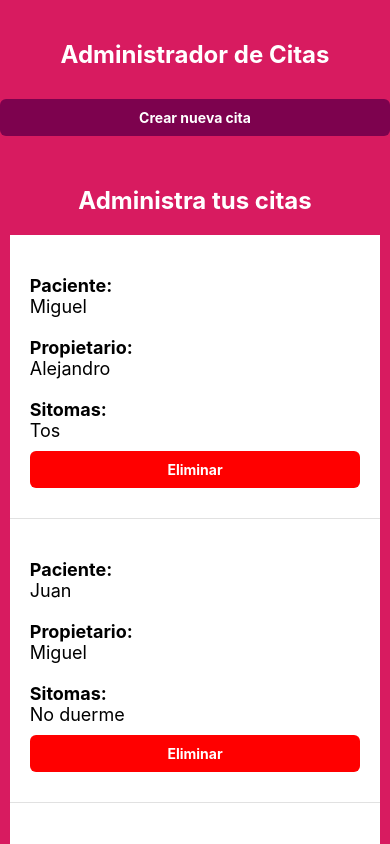
Repository: AleMicky/citas
Screen: /
These files come from the project's save history. The screen is drawn as it stood at one moment and after the next save; the edit follows.
An inner scrolling area shows only its first screen. The app was drawn by React Native's web renderer in a window 390 px wide. The project was rebuilt for these pictures with package versions that can differ from the ones it lists, and the page was loaded fresh each time. Also part of the build but not shown: src/components/Formulario.js.

Above is the screen before, as saved 2020-06-27 13:45:13.

### App.js
import React from 'react'
import { View, Text, StyleSheet, FlatList, TouchableOpacity, TouchableWithoutFeedback, Keyboard } from 'react-native'
import Cita from './src/components/Cita';
import Formulario from './src/components/Formulario';

export default function App() {

  const [mostrarFrom, setMostrarFrom] = React.useState(false);
  const [citas, setCitas] = React.useState([
    { id: '1', paciente: 'Miguel', propietario: 'Alejandro', sitomas: 'Tos' },
    { id: '2', paciente: 'Juan', propietario: 'Miguel', sitomas: 'No duerme' },
    { id: '3', paciente: 'Rossy', propietario: 'Camila', sitomas: 'No come' },
    { id: '4', paciente: 'ossy', propietario: 'Camila', sitomas: 'No come' }
  ]);

  const eliminarPaciente = id => {
    setCitas((citasActuales) => {
      return citasActuales.filter(citas => citas.id != id)
    })
  }

  const mostrarformulario = () => {
    setMostrarFrom(!mostrarFrom)
  }
  const cerrarTeclado = () =>{
    Keyboard.dismiss();
  }
  return (
    <TouchableWithoutFeedback onPress={() => cerrarTeclado()}>
      <View style={styles.contenedor}>
        <Text style={styles.titulo}>Administrador de Citas</Text>
        <View>
          <TouchableOpacity onPress={() => mostrarformulario()} style={styles.butonMostrar}>
            <Text style={styles.textoMostrar}>{mostrarFrom ? 'Cancalar Cita' : 'Crear nueva cita'}</Text>
          </TouchableOpacity>
        </View>
        <View style={styles.contenido}>
          {mostrarFrom ? (
            <>
              <Text style={styles.titulo}>Crear una Cita</Text>
              <Formulario citas={citas}
                setCitas={setCitas}
                setMostrarFrom={setMostrarFrom} />
            </>
          ) : (
              <>
                <Text style={styles.titulo}>{citas.length > 0 ? 'Administra tus citas' : 'No hay citas, agrega una '}</Text>
                <FlatList style={styles.listado}
                  data={citas}
                  renderItem={({ item }) => (<Cita item={item} eliminarPaciente={eliminarPaciente} />)}
                  keyExtractor={citas => citas.id} />
              </>
            )}
        </View>
      </View>
    </TouchableWithoutFeedback>
  )
}

const styles = StyleSheet.create({
  contenedor: {
    flex: 1,
    backgroundColor: '#d81b60'
  },
  titulo: {
    marginTop: 40,
    marginBottom: 20,
    fontSize: 24,
    fontWeight: 'bold',
    textAlign: 'center',
    color: '#fff'
  },
  butonMostrar: {
    borderRadius: 6,
    padding: 10,
    backgroundColor: '#7d024e',
    marginVertical: 10,
  },
  textoMostrar: {
    color: '#fff',
    fontWeight: 'bold',
    textAlign: 'center'
  },
  contenido: {
    flex: 1,
    marginHorizontal: '2.5%'
  },
  listado: {
    flex: 1,
  }
})

### src/components/Cita.js
import React from 'react';
import { Text, StyleSheet, View, TouchableOpacity } from 'react-native';

const Cita = ({ item, eliminarPaciente }) => {

    const { id, paciente, propietario, sitomas  } = item;

    const dialogoEliminar = id => {
        eliminarPaciente(id);
    }

    return (
        <View style={styles.cita}>
            <View>
                <Text style={styles.lebel}>Paciente: </Text>
                <Text style={styles.texto}>{paciente}</Text>
            </View>
            <View>
                <Text style={styles.lebel}>Propietario: </Text>
                <Text style={styles.texto}>{propietario}</Text>
            </View>
            <View>
                <Text style={styles.lebel}>Sitomas: </Text>
                <Text style={styles.texto}>{sitomas}</Text>
            </View>
            <View>
                <TouchableOpacity onPress={() => dialogoEliminar(id)} style={styles.butonEliminar}>
                        <Text style={styles.textoELiminar}>Eliminar</Text>
                </TouchableOpacity>
            </View>
        </View>
    );
}
const styles = StyleSheet.create({
    cita:{
        backgroundColor:'#fff',
        borderBottomColor:"#e1e1e1",
        borderStyle:'solid',
        borderBottomWidth: 1,
        paddingVertical:20,
        paddingHorizontal:20,
    },
    lebel:{
        fontWeight:'bold',
        fontSize:18,
        marginTop:20
    },
    texto:{
        fontSize:18,
    },
    butonEliminar:{
        borderRadius: 6,
        padding:10,
        backgroundColor:'red',
        marginVertical:10,
    },
    textoELiminar:{
        color:'#fff',
        fontWeight:'bold',
        textAlign:'center'
    }
})
export default Cita;

After the next save:
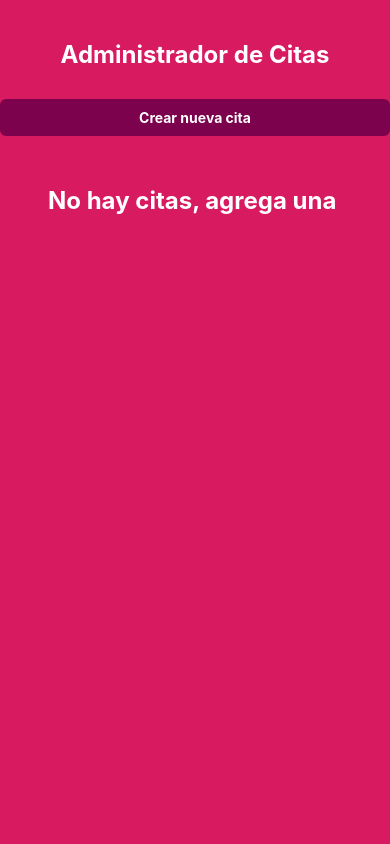
Saved 88 s later.
--- a/App.js
+++ b/App.js
@@ -7,10 +7,7 @@ export default function App() {
 
   const [mostrarFrom, setMostrarFrom] = React.useState(false);
   const [citas, setCitas] = React.useState([
-    { id: '1', paciente: 'Miguel', propietario: 'Alejandro', sitomas: 'Tos' },
-    { id: '2', paciente: 'Juan', propietario: 'Miguel', sitomas: 'No duerme' },
-    { id: '3', paciente: 'Rossy', propietario: 'Camila', sitomas: 'No come' },
-    { id: '4', paciente: 'ossy', propietario: 'Camila', sitomas: 'No come' }
+
   ]);
 
   const eliminarPaciente = id => {
